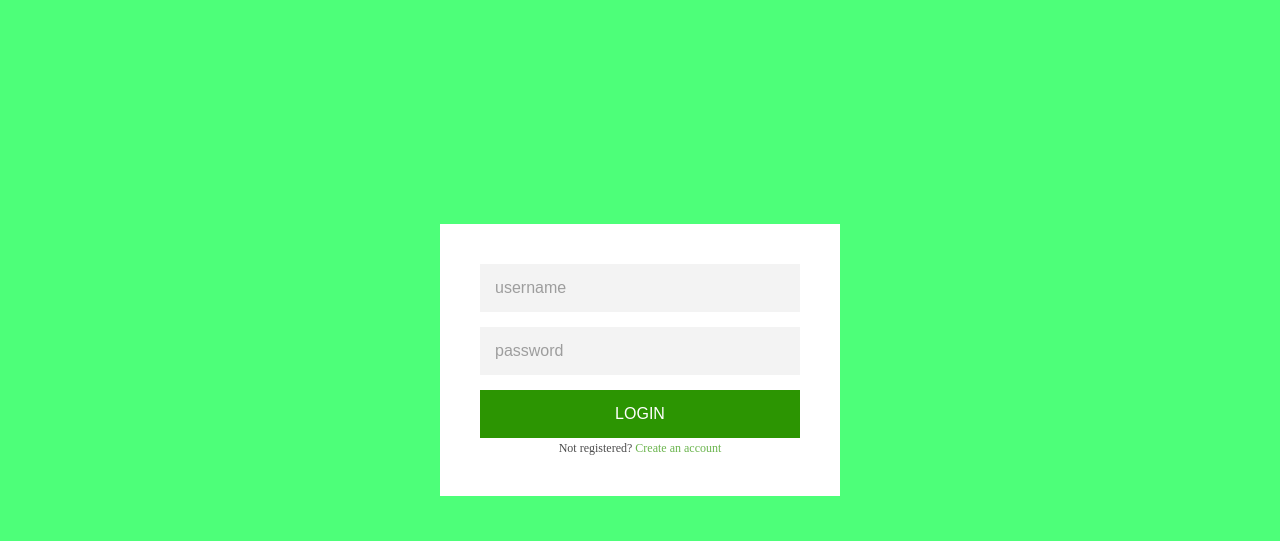
Repository: taka-sama/HTML-CSS-JS
Page: web00-lite/ex2/public_html/index.html
An editor plug-in stored every save of this project. The page is shown before and after a run of saves, followed by the edit.
The browser window is 1280 px wide. The pictures show the whole page.
The style sheet was rebuilt from its Sass, Less or Tailwind sources for each picture, by a compiler version that may differ from the author's.

Above is the page before, as saved 2022-01-04 18:28:25.

After the next 3 saves:
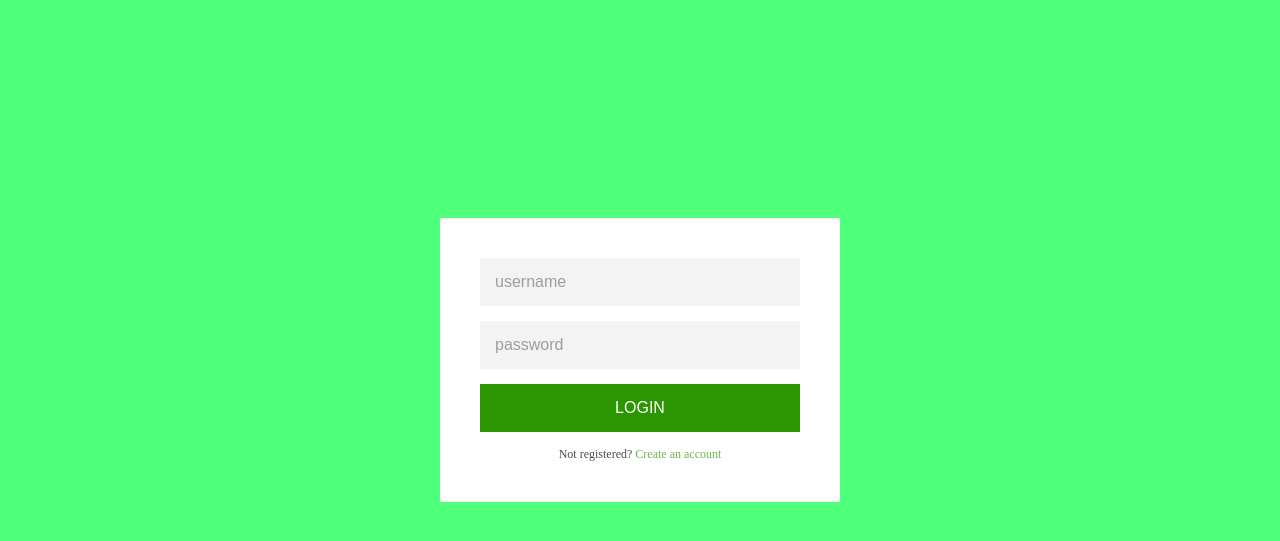
The 3 saves are shown as one change because they came seconds apart.
The last was saved 11 s later.
--- a/web00-lite/ex2/public_html/style.scss
+++ b/web00-lite/ex2/public_html/style.scss
@@ -61,7 +61,7 @@
 
 .form-text {
   font-size: 12px;
-  display: inline;
+  // display: inline;
   padding: 15px 0 0 0;
   opacity: 0.7;
   margin: 0;
